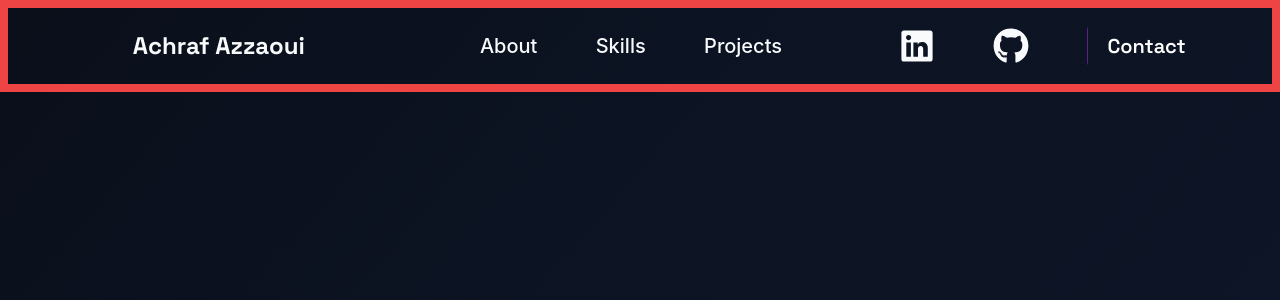
Repository: AchrafAzzaoui/Portfolio-Website
Page: / (app in achrafs-portfolio/)
These files come from the project's save history. The page is drawn as it stood at one moment and after the next save; the edit follows.
The browser window is 1280 px wide. The pictures show the whole page.
Some web fonts or font styles are not loaded; a fallback is used. The project was rebuilt for these pictures with package versions that can differ from the ones it lists, and the page was loaded fresh each time. Also part of the build but not shown: achrafs-portfolio/vite.config.ts.

Above is the page before, as saved 2025-01-02 23:08:13.

After the next save:
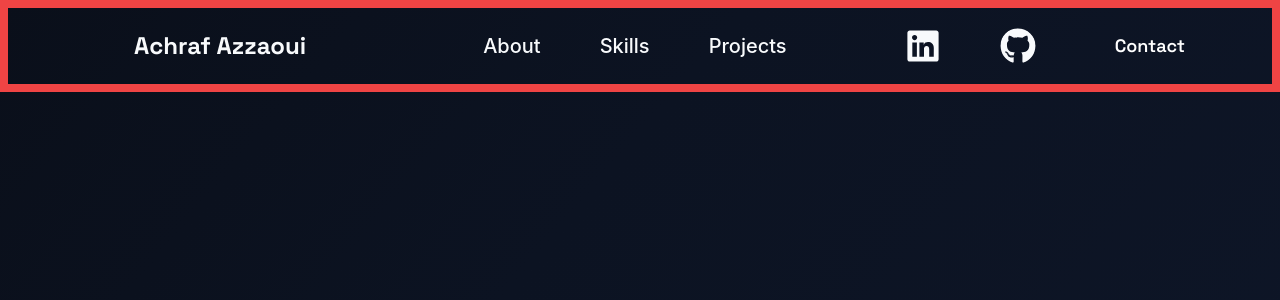
Saved 7 s later.
--- a/achrafs-portfolio/src/components/layout/Header.tsx
+++ b/achrafs-portfolio/src/components/layout/Header.tsx
@@ -46,7 +46,7 @@ export default function Header() {
             <FaGithub className="text-4xl rounded-full text-dark-text-primary" />
           </a>
           <button className="relative inline-block px-5 py-2 font-semibold font-display rounded-md border-2 border-purple-500 bg-transparent text-white overflow-hidden group hover:border-purple-500 before:absolute before:content-[''] before:inset-0 before:-translate-x-full before:bg-gradient-to-r before:from-purple-600 before:to-purple-800 hover:before:translate-x-0 before:transition-transform before:duration-300 before:ease-out">
-            <span className="relative z-10 text-xl">Contact</span>
+            <span className="relative z-10 text-lg">Contact</span>
           </button>
         </div>
       </nav>
